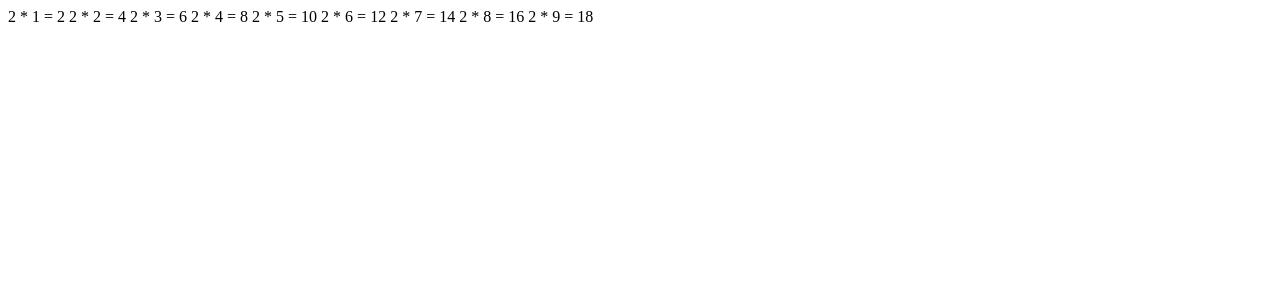
Repository: usonihs/StudyX
Page: http://localhost/JSP/MultTable.jsp
These files come from the project's save history. The page is drawn as it stood at one moment and after the next save; the edit follows.
The browser window is 1280 px wide. The pictures show the whole page.
The page is served by Tomcat 9.

Above is the page before, as saved 2022-10-19 07:25:57.

### JSP/JSP/src/main/webapp/MultTable.jsp
<%@ page language="java" contentType="text/html; charset=UTF-8"
    pageEncoding="UTF-8"%>
<!DOCTYPE html>
<html>
<head>
<meta charset="UTF-8">
<title>Mult Table</title>
</head>
<body>
<%
for(int i = 1; i < 10; i++) {
	out.println(2 + " * " + i + " = " + 2 * i);
}
%>
</body>
</html>

After the next save:
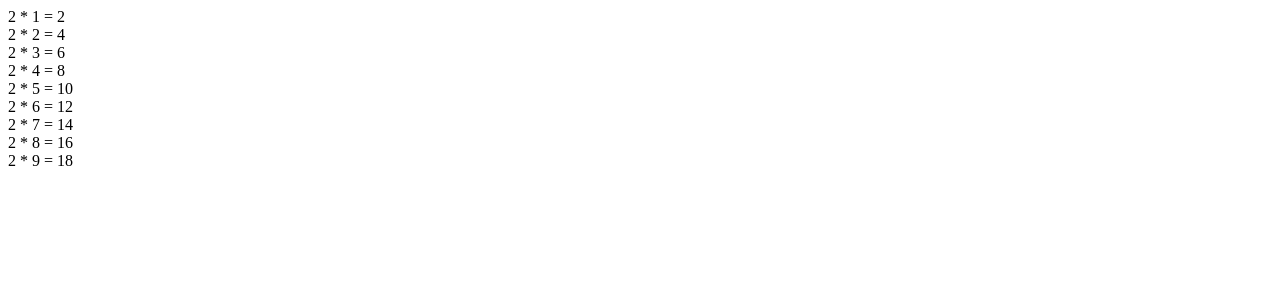
Saved 14 s later.
--- a/JSP/JSP/src/main/webapp/MultTable.jsp
+++ b/JSP/JSP/src/main/webapp/MultTable.jsp
@@ -9,7 +9,7 @@
 <body>
 <%
 for(int i = 1; i < 10; i++) {
-	out.println(2 + " * " + i + " = " + 2 * i);
+	out.println(2 + " * " + i + " = " + 2 * i + "<br>");
 }
 %>
 </body>
